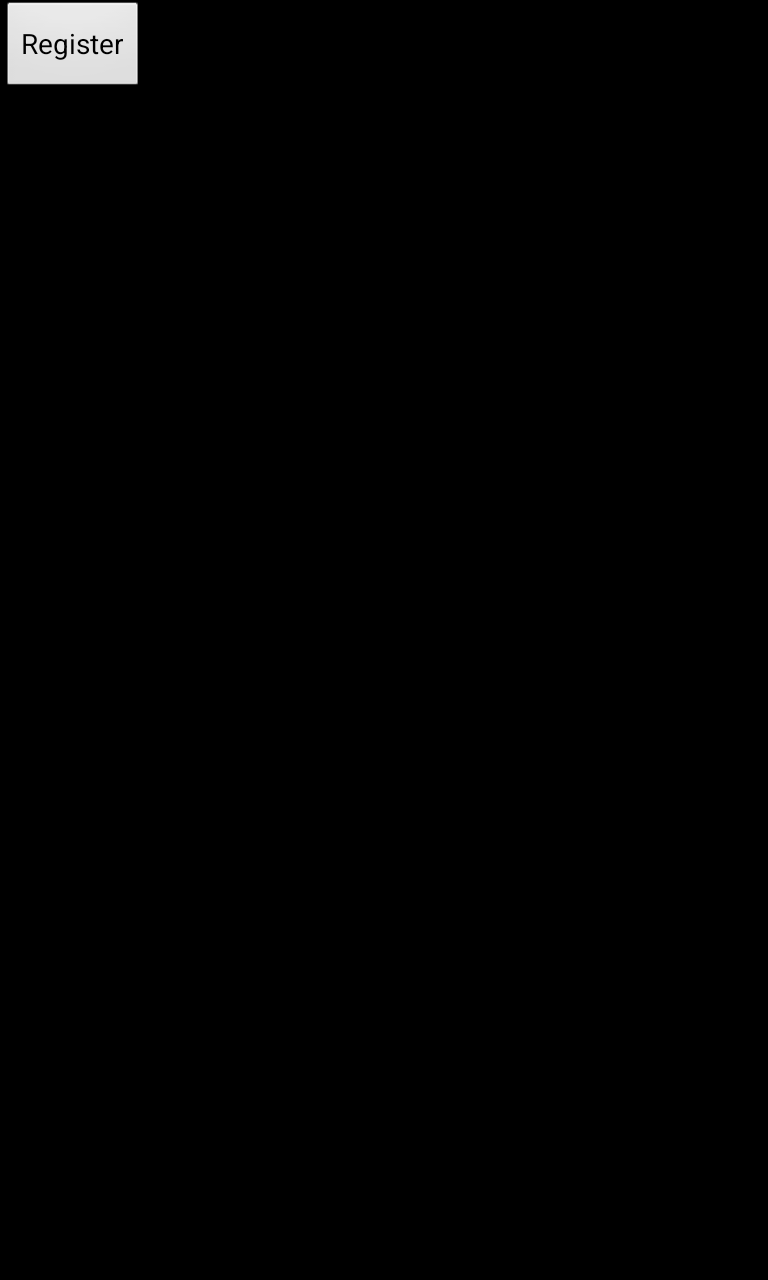
Repository: AjayTripathy/rice
Layout: android.pilaf.StickyNotesActivity/res/layout/main.xml
The author's editor kept a copy of each file at every save. The layout is drawn from the files as they stood at one save, then again after the next save.
It is drawn on a 768 x 1280 px phone screen (xhdpi) without system bars, with theme android:Theme; the app's code is not run.

Above is the layout before, as saved 2012-07-22 10:03:56.

After the next save:
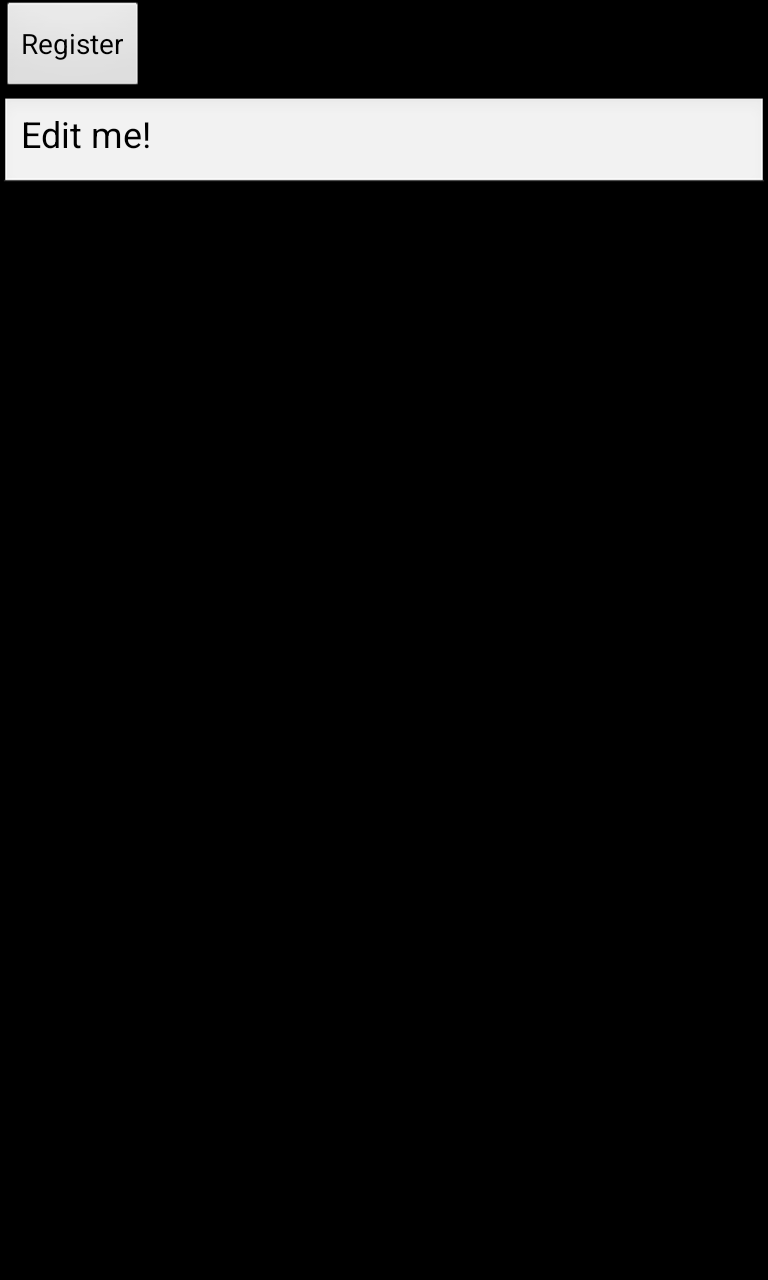
Saved 25 s later.
--- a/android.pilaf.StickyNotesActivity/res/layout/main.xml
+++ b/android.pilaf.StickyNotesActivity/res/layout/main.xml
@@ -5,7 +5,7 @@
     android:layout_height="fill_parent">
 
     <Button android:layout_height="wrap_content" android:layout_width="wrap_content" android:id="@+id/get_tag_info" android:text="@string/get_tag_info"></Button>
-    </LinearLayout>
+
 <EditText
     android:layout_width="fill_parent"
     android:id="@+id/note"
